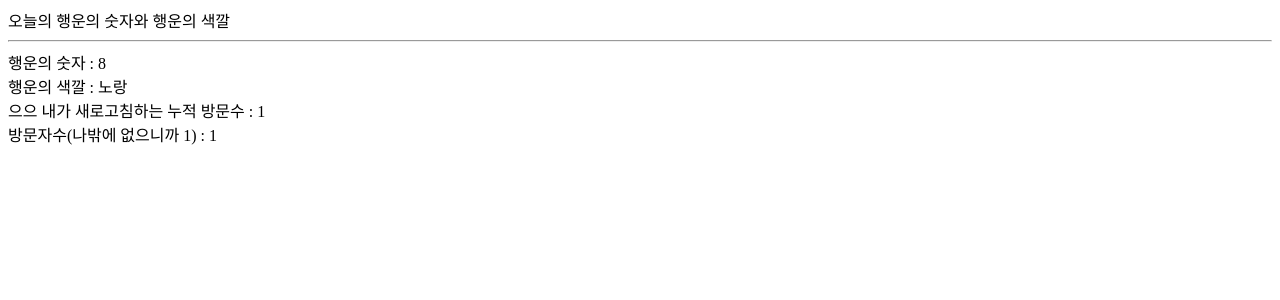
Repository: developedbyssony/JSP
Page: http://localhost/JSPbasic/jsptag/tag_quiz.jsp
An editor plug-in stored every save of this project. The page is shown before and after the next save, followed by the edit.
The browser window is 1280 px wide. The pictures show the whole page.
The page is served by Tomcat 9. Other server files are loaded and not shown.

Above is the page before, as saved 2022-03-23 09:34:24.

### JSPbasic/src/main/webapp/jsptag/tag_quiz.jsp
<%@ page language="java" contentType="text/html; charset=UTF-8"
    pageEncoding="UTF-8"%>
<!DOCTYPE html>
<html>
<head>
<meta charset="UTF-8">
<title>Insert title here</title>
</head>
<body>
	<%!
		// int randomNumber() 메서드를 선언해주세요.
		// 정수 1~10까지의 난수를 발생시켜 리턴해줍니다.
		int randomNumber() {
			return (int)(Math.random() * 10) + 1;
	}

	String randomColor() {
			String[] arr = new String[3];
			arr[0] = "빨강";
			arr[1] = "파랑";
			arr[2] = "노랑";
			int num = (int)(Math.random() * 3);
			return arr[num];

			// 강사님 풀이
			// double d = Math.random();
			// if(d >= 0.66) {
			// return "빨강";
			// } else if(d >= 0.33) {
			// return "노랑";
			// } else {
			// return "파랑";
			// }
		}

		// 선언부(Declaration)에 선언한 변수는 딱 한 번만 실행되는 static 속성을 가지게 됩니다.
		// 선언된 static 변수는 서버가 꺼질 때까지 유지, 누적됩니다.
		int total = 0;
	%>
	<%
		// 스크립트릿에 선언한 변수는 새로고침(접속) 할 때 마다 새롭게 선언됩니다.
		// 새로고침 시 선언부는 실행되지 않습니다. (최초 실행시만 선언부 1회 실행)
		int each = 0;
		total++;
		each++;
	%>
	오늘의 행운의 숫자와 행운의 색깔 <hr />
	행운의 숫자 : 	<%=  randomNumber()	%> <br />
	행운의 색깔 : <%=  randomColor()	%>	<br />
	으으 내가 새로고침하는 누적 방문수 : <%= total %> <br />
	방문자수(나밖에 없으니까 1) : <%= each %>
</body>
</html>

After the next save:
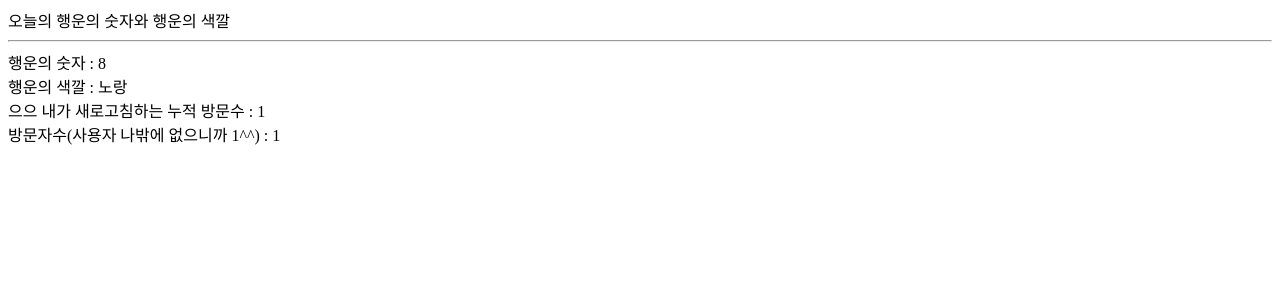
Saved 11 s later.
--- a/JSPbasic/src/main/webapp/jsptag/tag_quiz.jsp
+++ b/JSPbasic/src/main/webapp/jsptag/tag_quiz.jsp
@@ -48,6 +48,6 @@
 	행운의 숫자 : 	<%=  randomNumber()	%> <br />
 	행운의 색깔 : <%=  randomColor()	%>	<br />
 	으으 내가 새로고침하는 누적 방문수 : <%= total %> <br />
-	방문자수(나밖에 없으니까 1) : <%= each %>
+	방문자수(사용자 나밖에 없으니까 1^^) : <%= each %>
 </body>
 </html>
